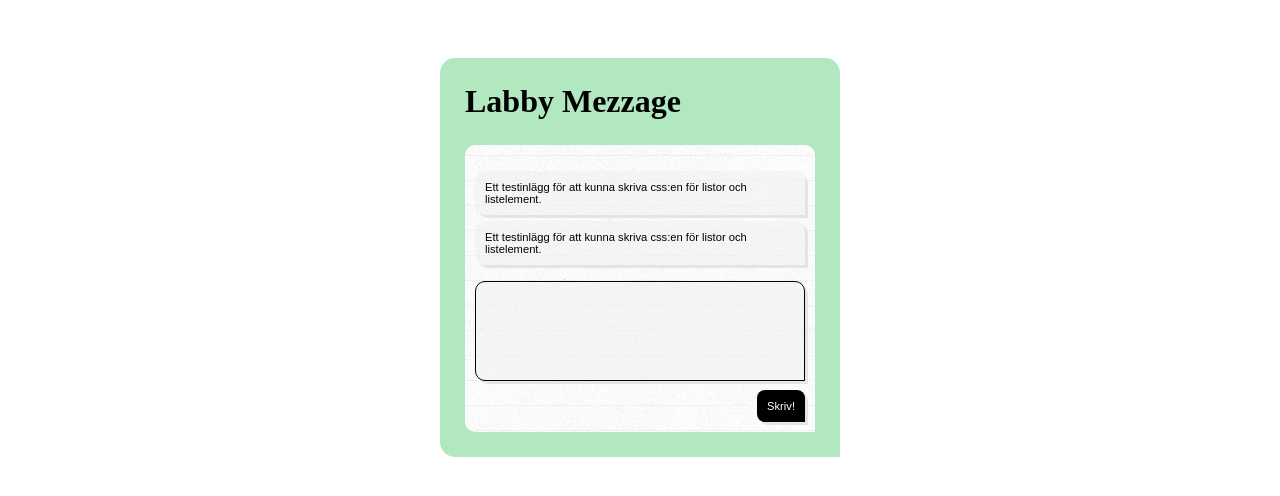
Repository: lw222gu/1dv403-laborationer
Page: 2-labbymezzage/index.html
The author's editor kept a record of every edit. The page is drawn from the files as they stood at one moment, then again after the next edit.
The browser window is 1280 px wide. The pictures show the whole page.
Some web fonts or font styles are not loaded; a fallback is used.

Above is the page before.

After the next edit:
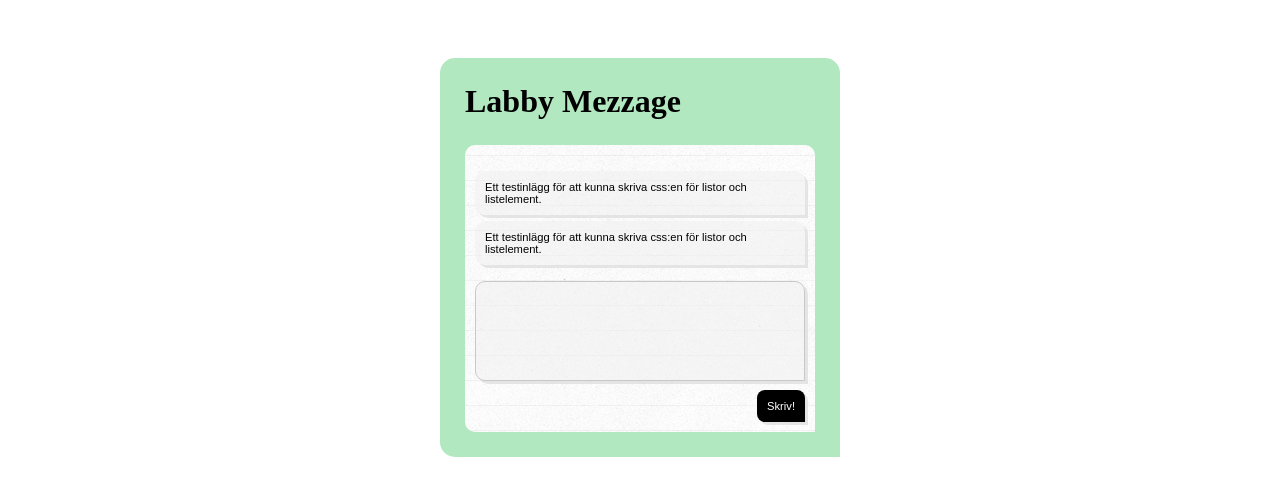
The edit:
--- a/2-labbymezzage/css/style.css
+++ b/2-labbymezzage/css/style.css
@@ -55,7 +55,7 @@
     padding:10px;
     margin-bottom:5px;
     border-width:1px;
-    border-color:#000;
+    border-color:rgb(200, 200, 200);
     border-style:solid;
     border-radius:10px 10px 0px 10px;
     box-shadow:3px 3px 0px rgba(220, 220, 220, 0.7);
